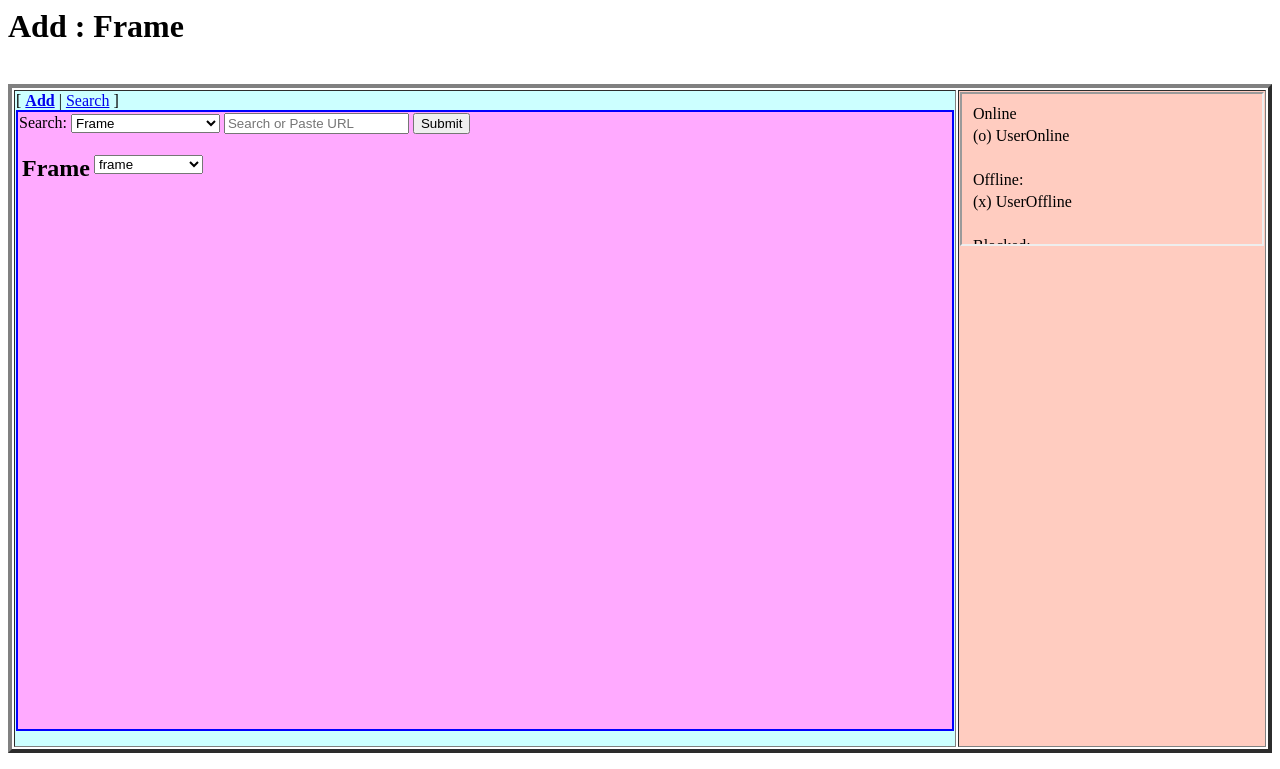
Repository: nevinleiby/SwapRC
Page: http://localhost/add_interface.php
The author's editor kept a copy of each file at every save. The page is drawn from the files as they stood at one save, then again after the next save.
The browser window is 1280 px wide. The pictures show the whole page.
The page is run by PHP 8.4 with error messages shown; the project is at /var/www/html/. Queries for data that is not in the repository find no rows.

Above is the page before, as saved 2019-09-09 12:01:20.
Console error (its wording comes from the project's code and is left out).

### add_interface.php
<?php
    require_once 'login_cobalt.php';
    $connection = new mysqli($hn, $un, $pw, $db);
    if ($connection->connect_error) die ("Fatal Error");

    //$categories =    array (
    //        'frame',
    //        'fc',
    //        'bnf',
    //        'esc',
    //        'motor',
    //        'propeller',
    //    'fpv_camera',
    //    'transmitter',
    //    'antenna',
    //    'vtx',
    //    'receiver',
    //    'battery',
    //    'pdb',
    //    'hardware',
    //    '3d_print',
    //    'goggle',
    //    'video_monitor',
    //    'video_receiver',
    //    'swag'
    //);


    // Define categories:
    $categories =    [
        'frame' => 'frame',
        'fc' => 'fc',
        'bnf' => 'bnf',
        'esc' => 'esc',
        'motor' => 'motor',
        'propeller' => 'propeller',
        'fpv_camera' => 'fpv_camera',
        'transmitter' => 'transmitter',
        'antenna' => 'antenna',
        'vtx' => 'vtx',
        'receiver' => 'receiver',
        'battery' => 'battery',
        'pdb' => 'pdb',
        'hardware' => 'hardware',
        '3d_print' => '3d_print',
        'goggle' => 'goggle',
        'video_monitor' => 'video_monitor',
        'video_receiver' => 'video_receiver',
        'swag' => 'swag'   ,
    ];


    //echo '==================' . isset($_POST['category']) . '=================<br>';
    if (isset($_POST['category']))
    {
        $q_category = $_POST['category'];
        $q_category = strip_tags($q_category);

        switch ($q_category)
        {
            case "frame":
                $table_name = 'frame';
                break;
            case "fc":
                $table_name = 'fc';
                break;
            case "bnf":
                $table_name = 'bnf';
                break;
            case "esc":
                $table_name = 'esc';
                break;
            case "motor":
                $table_name = 'motor';
                break;
            case "propeller":
                $table_name = 'propeller';
                break;
            case "fpv_camera":
                $table_name = 'fpv_camera';
                break;
            case "transmitter":
                $table_name = 'transmitter';
                break;
            case "antenna":
                $table_name = 'antenna';
                break;
            case "vtx":
                $table_name = 'vtx';
                break;
            case "receiver":
                $table_name = 'receiver';
                break;
            case "battery":
                $table_name = 'battery';
                break;
            case "pdb":
                $table_name = 'pdb';
                break;
            case "hardware":
                $table_name = 'hardware';
                break;
            case "3d_print":
                $table_name = '3d_print';
                break;
            case "goggle":
                $table_name = 'goggle';
                break;
            case "3d_print":
                $table_name = '3d_print';
                break;
            case "video_monitor":
                $table_name = 'video_monitor';
                break;
            case "video_receiver":
                $table_name = 'video_receiver';
                break;
            case "swag":
                $table_name = 'swag';
                break;
            default:
                $table_name = 'frame';
                break;
        }
    }
    else
    {
        $table_name = 'frame';
    }
    $category = ucfirst ($table_name);

    //echo '--------------9' . $table_name . '9---------------<br>';


    $query = "SELECT * FROM $table_name";
    $result = $connection->query($query);

    if (! $result) die ("Fatal Error");
    $number_of_rows = $result->num_rows;
    //echo "((($row)))<br>";


    //echo "<br><br>STARTING DATA EXTRACTION [<br>";


    // Step through each result:
    //for ($j = 0; $j < $rows ; ++$j)
    //{
    //   $result->data_seek($j);
    //    //echo .htmlspecialchars ($result->fetch_assoc()['test']) . '<br>';
    //    echo "((" . htmlspecialchars($result->fetch_assoc()['frequency']) . '))<br>';
    //    $result->data_seek($j);
    //    echo "((" . htmlspecialchars($result->fetch_assoc()['number_of_channels']) . '))<br>';
    //}


    //// Step through each result:
    for ($j = 0; $j < $number_of_rows ; ++$j)
    {
        $row = $result->fetch_array(MYSQLI_NUM);

        //echo "((" . htmlspecialchars($row['frequency']) . '))<br>';
        //echo print_f($row);
        for ($item = 0; $item < 10; ++$item)
        {
            echo "Item $item: " . htmlspecialchars($row[$item]) . "<br>\n";
        }

    }
    //echo "]ENDED EXTRACTION<br>";



    /////////////////////////////////////////////////////////////////////////////////////////////////////////////
    /////////////////////////////////////////////////////////////////////////////////////////////////////////////
    /////////////////////////////////////////////////////////////////////////////////////////////////////////////

    //////////////////////////////
    // TRY TO GET TABLE COLUMNS
    //    https://www.codexworld.com/how-to/get-column-names-from-table-in-mysql-php/
    //
    // Ultimately worked by following:
    //    https://stackoverflow.com/questions/4165195/mysql-query-to-get-column-names/4165253
    /////////////////////////////


    // Query to get columns from table
    //$result = $connection->query("SELECT COLUMN_NAME FROM INFORMATION_SCHEMA.COLUMNS WHERE TABLE_SCHEMA = '$db' AND TABLE_NAME = '$table_name'");

    // single column name:
    //$next_row = $result->fetch_assoc();
    //echo $next_row;

    //$next_row = $result->fetch_assoc();
    //echo "<br>ROW: |$next_row|<br>";
    //foreach ($next_row as $column_name)

    //only grabs the first column name:
    //foreach ($next_row = $result->fetch_assoc() as $column_name)
    //{
    //    //$result[] = $next_row;
    //    echo "<br>ROW: |$next_row|[$column_name]<br>";
    //    foreach ($next_row as $column_name_item)
    //    {
    //        echo "-----|$column_name_item|----<br>";
    //    }
    //}

    // Only selects the first column name:
    //foreach ($next_row = $result->fetch_assoc() as $column_name)
    //{
    //    $columns[] = $next_row;
    //    echo "<br>=|$next_row|=<br>";
    //    echo "<br>=|" . $columns[0] . "|=<br>";
    //    print_r ($columns);

    //    // Still grabs only first column name:
    //    //foreach ($columns as $column_name)
    //    //{
    //    //    echo "-=|$column_name|=-<br>";
    //    //}

    //   for ($column_number = 0; $column_number <= 2; $column_number++)
    //    {
    //        echo "====*" . $columns[$column_number] . "*======<br>";
    //    }
    //}


    ///////////// WORKS!!!!!!!!!!!!!!!!!!!!!!!!!!!!
    /// https://stackoverflow.com/questions/4165195/mysql-query-to-get-column-names/4165253
    //$sql = "SHOW COLUMNS FROM $table_name";
    //$result = mysqli_query($connection,$sql);
    //while($row = mysqli_fetch_array($result)){
    //    echo $row['Field']."<br>";
    //}


    // Grab each column name:
    //     (likely could be optomized by INFORMATION_SCHEMA.COLUMNS WHERE TABLE_SCHEMA methology)
    //
    // WORKS!!!!!
    /// https://stackoverflow.com/questions/4165195/mysql-query-to-get-column-names/4165253

    $query = "SHOW COLUMNS FROM $table_name";
    $result = $connection->query($query);

    $search_input_text = '';
    while($row = mysqli_fetch_array($result))
    {
        //echo $row['Field']."<br>";
        //echo '<input onClick="this.select();" type=text name="' . $row['Field'] . '" placeholder="' . $row['Field'] . '"><br>';
        $search_input_text .= '<input onClick="this.select();" type=text name="' . $row['Field'] . '" placeholder="' . $row['Field'] . '"><br>';
    }


    // Read all of the column names:
    //foreach ($next_row = $result->fetch_assoc())
    //{
    //    echo $next_row;
    //}


    //while ($next_row = $result->fetch_assoc())
    //{
    //    $result[] = $next_row;
    //    echo $next_row;
    //}

    // Array of all column names
    //$columnArr = array_column($result, 'COLUMN_NAME');

    /////////////////////////////////////////////////////////////////////////////////////////////////////////////
    /////////////////////////////////////////////////////////////////////////////////////////////////////////////
    /////////////////////////////////////////////////////////////////////////////////////////////////////////////


    // Now generate the available options:
    $select_options_text = select_item($category, $categories);






    $result->close();
    $connection->close();

    ///////////////////////////////////
    // Function definitions
    ///////////////////////////////////
    function get_post ($connection, $var)
    {
        return $connection->real_escape_string($_POST[$var]);
    }


    function select_item ($category, &$categories)
    {

            //echo "category=($category), categories=(" . $categories['vtx'] . ')<br>';


            $return_text = '';
            //foreach ($categories as &$curr_category)
            //for ($i = 0; $i <= $categories; $i++)
            //for ($i = 0; $i <= 2; $i++)
            foreach ($categories as $curr_category)
            {
                $curr_category = $categories[$curr_category];
                //$curr_category = $categories[$i];
                //echo '[[[[' . $categories[2] . ']]]';

                $return_text .= '<option value = "' . $curr_category . '"';

                if ($curr_category == $category)
                {
                    $return_text .= ' SELECTED ';
                    echo 'SELECTED ' . $curr_category . "<br>";

                }

                $return_text .= '>' . $curr_category . '</option>' ."\n";
            }

            return $return_text;
    }



    function add_item ($category)
    {
        switch ($category)
        {
            case "frame":

                break;
            case "fc":

                break;
            case "bnf":

                break;
            case "esc":
                break;
            case "motor":

                break;
            case "propeller":

                break;
            case "fpv_camera":

                break;
            case "transmitter":

                break;
            case "antenna":

                break;
            case "vtx":

                break;
            case "receiver":

                break;
            case "battery":

                break;
            case "pdb":

                break;
            case "hardware":

                break;
            case "3d_print":

                break;
            case "goggle":

                break;
            case "3d_print":

                break;
            case "video_monitor":

                break;
            case "video_receiver":

                break;
            case "swag":

                break;
            default:

                break;
        }
    }




echo <<<_END
<html>
    <title>
        SwapRC:Add
    </title>
    <body>
            <h1>Add : $category</h1>
            <form action="add_interface.php" method="post">

            <br>
            <table border=4 width=100% height=95%>
                <tr border=4 height=95%>
                    <td width = 80% border=2 bgcolor="#ccffff" valign=top height=95%>
                        [
                        <b><a href="./add_interface.php">Add</a></b> |
                        <a href="./search_interface.php">Search</a>
                        ]


                        <br>
                        <table width=100% height=95% bgcolor=blue>
                            <tr height=95% style="height:95%">
                                <td valign=top bgcolor="#ffaaff" style="height:95%">
                                    Search:
                                    <select name="category">
                                            <option value = "frame">Frame</option>
                                            <option value = "fc">Flight Controller</option>
                                            <option value = "esc">ESC</option>
                                            <option value = "motor">Motors</option>
                                            <option value = "propeller">Propeller</option>
                                            <option value = "fpv_camera">FPV Camera</option>
                                            <option value = "transmitter">Transmitter</option>
                                            <option value = "antenna">Antenna</option>
                                            <option value = "vtx">VTX</option>
                                            <option value = "receiver">Receiver</option>
                                            <option value = "battery">Battery</option>
                                            <option value = "pdb">PDB</option>
                                            <option value = "hardware">Hardware</option>
                                            <option value = "3d_print">3D Prints</option>
                                            <option value = "goggle">FPV Goggles</option>
                                            <option value = "bnf">BNF frames</option>
                                            <option value = "video_monitor">FPV Video Monitors</option>
                                            <option value = "video_receiver">FPV Video Receivers</option>
                                            <option value = "swag">Swag</option>
                                    </select>
                                    <input onClick="this.select(); type=text name="Name" placeholder="Search or Paste URL">
                                    <input type=submit name="submit">

                                    <br><br>
                                    <table>
                                        <tr>
                                            <td valign=top>
                                                <h2>$category</h2>
                                            </td>
                                            <td valign=top>
                                                $search_input_text



                                                <select name="category2">
                                                    $select_options_text
                                                </select>
                                            </td>
                                        </tr>
                                    </table>

                                </td>




                            </tr>
                        </table>
                        </form>

                    </td>
                    <td border=2 bgcolor="ffccccc" valign=top height=95%>
                        <frameset>
                            <iframe src="./frame_users.html">
                        </frameset>
                    </td>
                </tr>
            </table>
    </body>

</html>
_END;
?>

### login_cobalt.php
<?php
    // login_cobalt.php
    $hn = 'localhost';
    $db = 'swaprc';
    $un = 'nevin';
    $pw = 'kdie4all';
?>

### frame_users.html
<html>
    <title>
        SwapRC : Users
    </title>
    <body>
        <table>
            <tr><td>Online</td></tr>
            <tr><td>(o) UserOnline</td></tr>

            <tr><td>&nbsp;</td></tr>
            <tr><td>Offline:</td></tr>
            <tr><td>(x) UserOffline</td></tr>

            <tr><td>&nbsp;</td></tr>
            <tr><td>Blocked:</td></tr>
            <tr><td>(b) UserBlocked</td></tr>

        </table>
    </body>
</html>

After the next save:
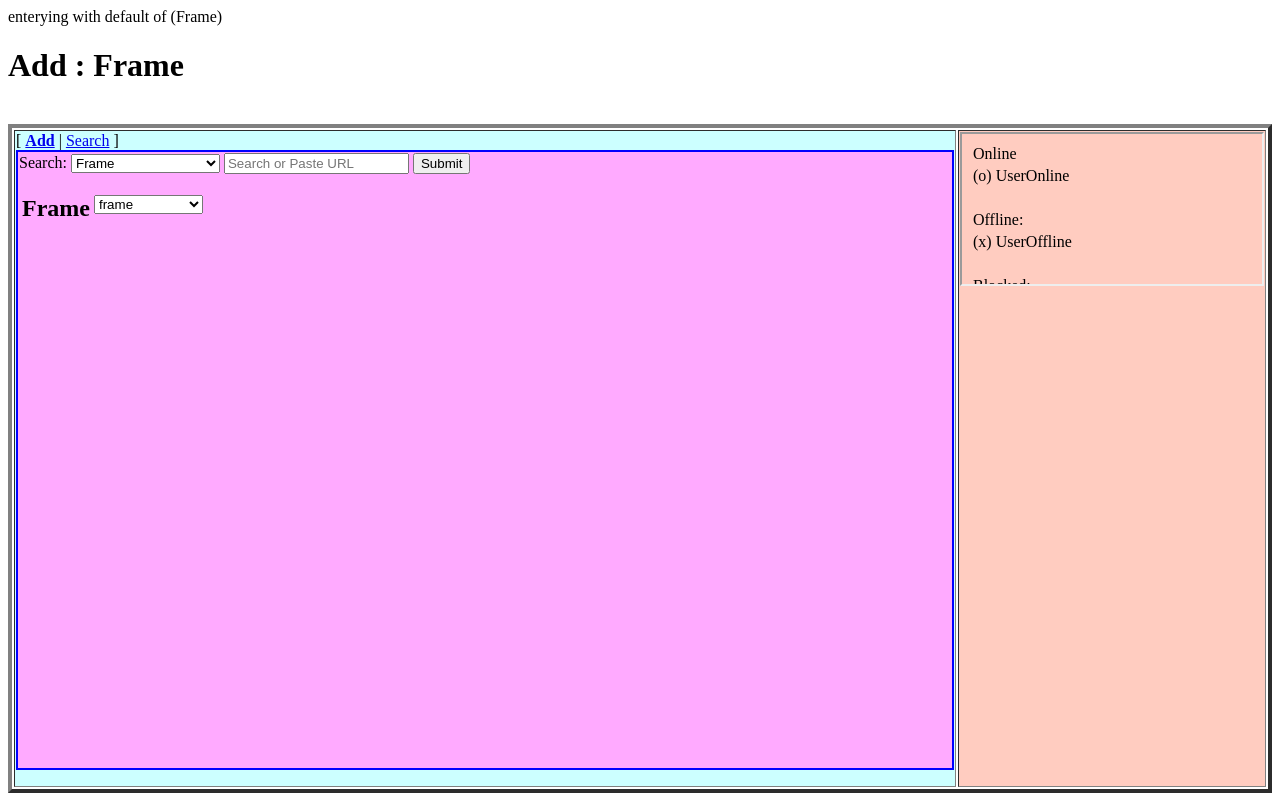
Saved 38 s later.
--- a/add_interface.php
+++ b/add_interface.php
@@ -299,7 +299,7 @@
     {
 
             //echo "category=($category), categories=(" . $categories['vtx'] . ')<br>';
-
+            echo "enterying with default of ($category)";
 
             $return_text = '';
             //foreach ($categories as &$curr_category)
